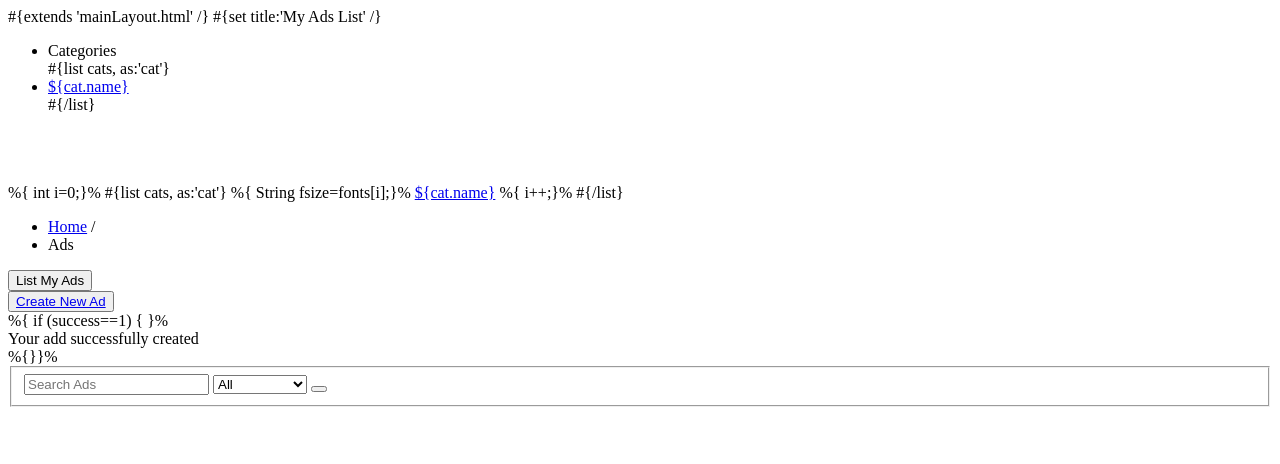
Repository: Maalejm/SEBA
Page: SlifeWebSite/app/views/Ads/index.html
An editor plug-in stored every save of this project. The page is shown before and after the next save, followed by the edit.
The browser window is 1280 px wide. The pictures show the whole page.

Above is the page before, as saved 2013-06-18 10:44:21.
Console error: SyntaxError: Invalid or unexpected token

After the next save:
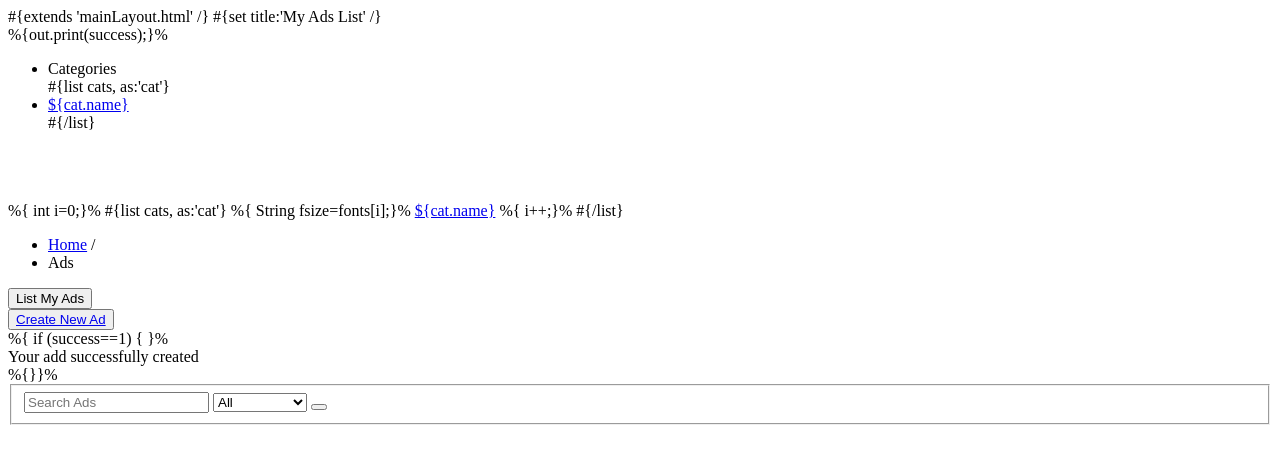
Saved 73 s later.
--- a/SlifeWebSite/app/views/Ads/index.html
+++ b/SlifeWebSite/app/views/Ads/index.html
@@ -5,7 +5,7 @@
 
 
 <div class="container-fluid">
-
+%{out.print(success);}%
             <div class="row-fluid">
                 <div class="span2">
 
